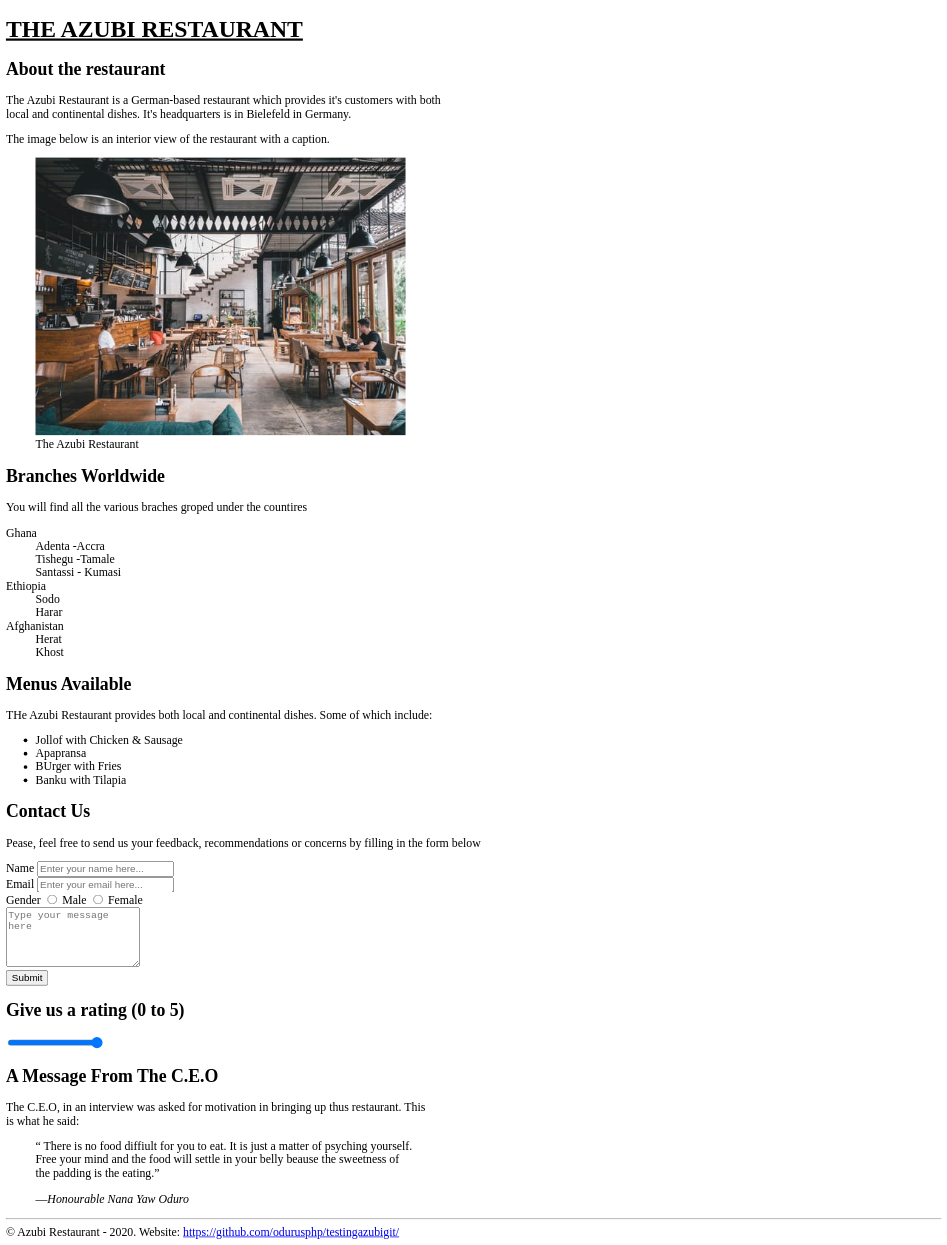
Repository: odurusphp/testingazubigit
Page: Fortune/FortunatusWulnye.html
An editor plug-in stored every save of this project. The page is shown before and after the next save, followed by the edit.
The browser window is 1280 px wide. The pictures show the whole page, at 74% of full size.

Above is the page before, as saved 2020-07-29 12:07:51.

### Fortune/FortunatusWulnye.html
<!DOCTYPE html>
<html lang="en">
  <head>

    <meta charset="UTF-8" />
    <meta name="viewport" content="width=device-width, initial-scale=1.0" />
    <title>The Azubi Restaurant</title>
    <meta name="descrition" content="A website for Azubi restaurant">
    <meta name="author" content="Fortunatus Aabangbio Wulnye">
    <link rel="stylesheet" href="css/style.css">

  </head>

  <body>

    <div class="main-container">
      <div class="mainHeading"></div>
        <h1><u>THE AZUBI RESTAURANT</u> </h1>
      </div>

      <div class="content">
        <div class="About">
          <h2>About the restaurant</h2>
          <p>
            The Azubi Restaurant is a German-based restaurant which provides
            it's customers with both <br />
            local and continental dishes. It's headquarters is in Bielefeld in
            Germany.
          </p>
          <p>
            The image below is an interior view of the restaurant with a caption.
          </p>
          <figure>
            <img
              src="images/FortununatusWulnyeRestaurant.jpg"
              alt="Azubi Restaurant"
            />
            <figcaption>The Azubi Restaurant</figcaption>
          </figure>
        </div>

        <div class="branches">
          <h2>Branches Worldwide</h2>
          <p>
            You will find all the various braches groped under the countires
          </p>
          <dl>
            <dt>Ghana</dt>
            <dd>Adenta -Accra</dd>
            <dd>Tishegu -Tamale</dd>
            <dd>Santassi - Kumasi</dd>

            <dt>Ethiopia</dt>
            <dd>Sodo</dd>
            <dd>Harar</dd>

            <dt>Afghanistan</dt>
            <dd>Herat</dd>
            <dd>Khost</dd>
          </dl>
        </div>

        <div class="menus">
          <h2>Menus Available</h2>
          <p>THe Azubi Restaurant provides both local and continental dishes. Some of which include:</p>
          <ul>
            <li>Jollof with Chicken & Sausage</li>
            <li>Apapransa</li>
            <li>BUrger with Fries</li>
            <li>Banku with Tilapia</li>
          </ul>
        </div>

        <div class="Contact">
          <h2>Contact Us</h2>
          <p>Pease, feel free to send us your feedback, recommendations or concerns by filling in the form below</p>
          <form action="" method="POST">
            <label for="fname">Name</label>
            <input type="text" name="fname" placeholder ="Enter your name here..." required> <br>

            <label for="email">Email</label>
            <input type="text" name="email" placeholder ="Enter your email here..." required> <br>

            <label for="gender">Gender</label>
            <input type="radio" id="male" value="male">
            <label for="gender">Male</label>
            <input type="radio" id="female" value="female">
            <label for="gender">Female</label> <br>

            <textarea name="message" id="" cols="20" rows="5" placeholder="Type your message here"></textarea> <br/>

            <input type="submit" value="Submit"  />
          </form>

        </div>

        <div class="rating">
          <h2>Give us a rating (0 to 5)</h2>
          <div class="slider">
             <input type="range" min="0" max="5" value="50">
          </div>
        </div>

        <div class="ceomessage">
          <h2>A Message From The C.E.O</h2>
          <P>The C.E.O, in an interview was asked for motivation in bringing up thus restaurant. This<br> is what he said: <blockquote> <q> There is no food diffiult for you to eat. It is just a matter of psyching yourself.<br> Free your mind and the food
          will settle in your belly beause the sweetness of <br> the padding is the eating.</q><br> <br>
        &mdash;<cite>Honourable Nana Yaw Oduro</cite>
      </blockquote>
           </P>
        </div>
        <hr />

        <footer>
          &copy; Azubi Restaurant - 2020. Website: <a
          href="https://github.com/odurusphp/testingazubigit/">https://github.com/odurusphp/testingazubigit/</a>

        </footer>
      </div>
    </div>

  </body>
</html>

Loaded but not shown: Fortune/css/style.css (no stored copy; drawn as an empty file)

After the next save:
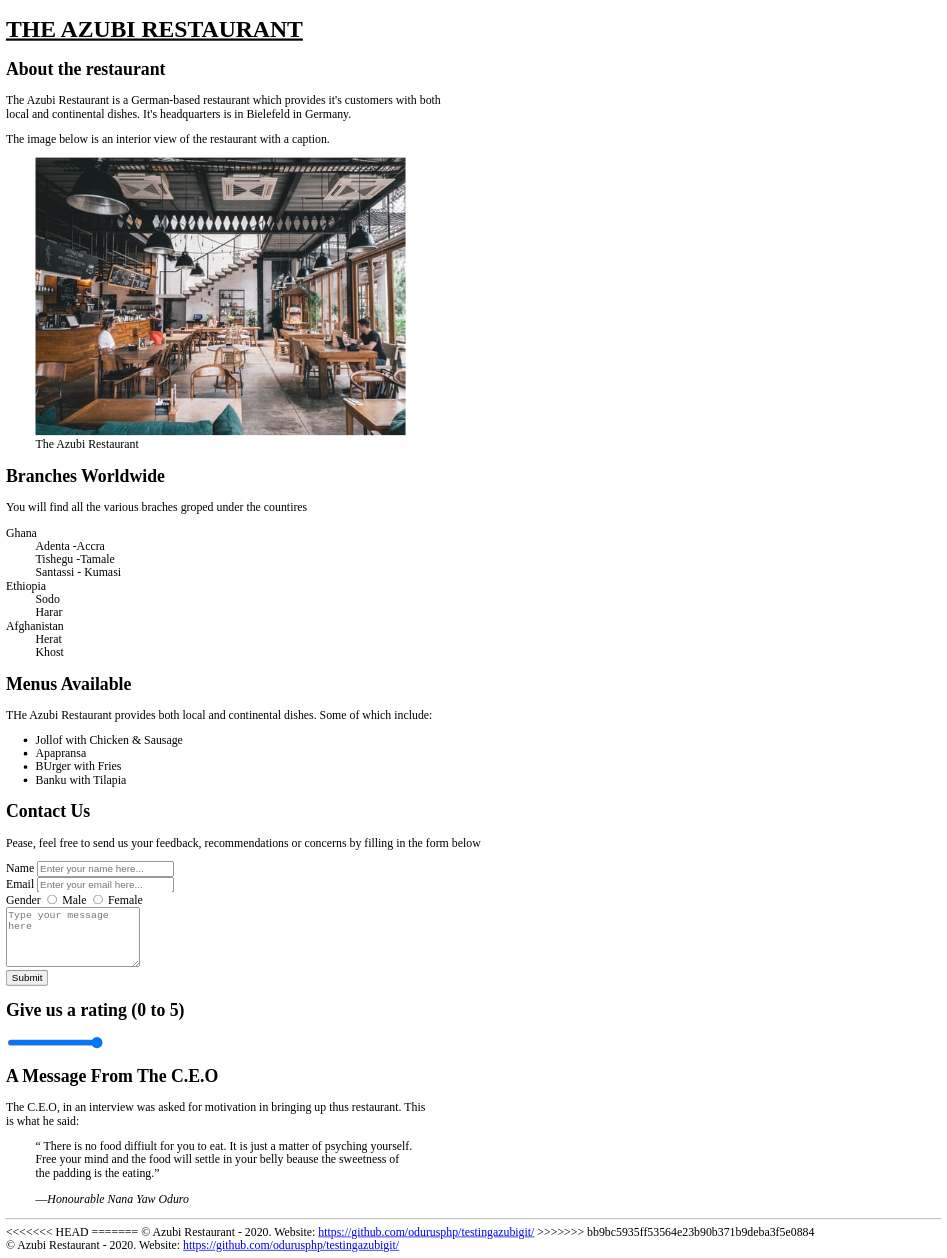
Saved 4 min 47 s later.
--- a/Fortune/FortunatusWulnye.html
+++ b/Fortune/FortunatusWulnye.html
@@ -1,3 +1,6 @@
+<!--COMMENTS THAT ARE MINE ARE WRITTEN IN CAPITAL LETTERS-->
+<!--THE GENERAL STRUCTURE OF THE PAGE IS GOOD WITH THE INDENTATION TOO-->
+<!--THE CLASSES THAT YOU IMPLEMENTED TOO ARE GREAT KEEP IT UP-->
 <!DOCTYPE html>
 <html lang="en">
   <head>
@@ -13,7 +16,7 @@
 
   <body>
 
-    <div class="main-container">
+    <div class="main-container" id="main-container">
       <div class="mainHeading"></div>
         <h1><u>THE AZUBI RESTAURANT</u> </h1>
       </div>
@@ -30,6 +33,7 @@
           <p>
             The image below is an interior view of the restaurant with a caption.
           </p>
+          <!--IN ADDING THE IMAGE YOU TYPED OUT THE SRC WRONGLY KINDLY TAKE NOTE AND DO WELL TO REVIEW YOUR PAGE ALWAYS-->
           <figure>
             <img
               src="images/FortununatusWulnyeRestaurant.jpg"
@@ -110,6 +114,12 @@
            </P>
         </div>
         <hr />
+<<<<<<< HEAD
+=======
+  <!--THE FOOTER WAS LEFT OUT IT WOULD HAVE BEEN GREAT IF YOU HAD IMPLEMENTED THAT ALSO INDEPENDENT OF THE CEO MESSAGE-->
+  &copy; Azubi Restaurant - 2020. Website: <a
+  href="https://github.com/odurusphp/testingazubigit/">https://github.com/odurusphp/testingazubigit/</a>
+>>>>>>> bb9bc5935ff53564e23b90b371b9deba3f5e0884
 
         <footer>
           &copy; Azubi Restaurant - 2020. Website: <a
